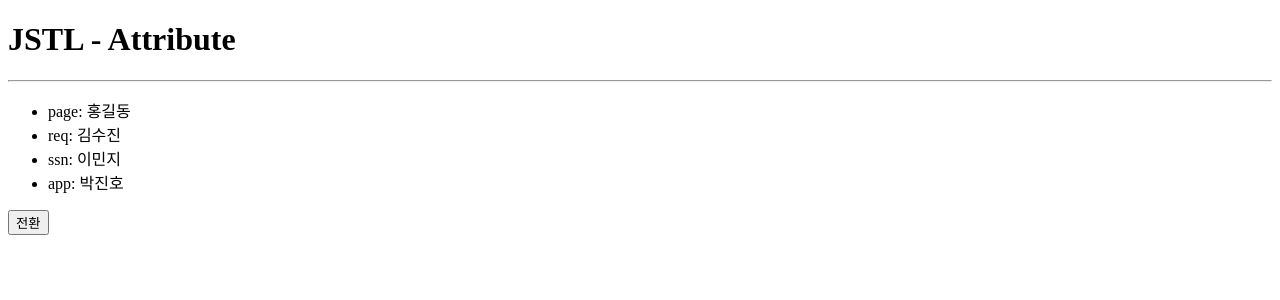
Repository: ChimmyWorld/JSP
Page: http://localhost/Day53/ex07.jsp
The author's editor kept a copy of each file at every save. The page is drawn from the files as they stood at one save, then again after the next save.
The browser window is 1280 px wide. The pictures show the whole page.
The page is served by Tomcat 9. Other server files are loaded and not shown.

Above is the page before, as saved 2023-09-22 05:21:56.

### Day53/WebContent/ex07.jsp
<%@ page language="java" contentType="text/html; charset=UTF-8"
    pageEncoding="UTF-8"%>
<%@ taglib prefix="c" uri="http://java.sun.com/jsp/jstl/core" %>
<!DOCTYPE html>
<html>
<head>
<meta charset="UTF-8">
<title>ex07.jsp</title>
</head>
<body>
	<h1>JSTL - Attribute</h1>
	<hr>

	<%-- var: Attribute 이름 --%>
	<%-- value: 저장할 데이터 --%>
	<%-- scope: 저장할 영역, page가 기본값 --%>
	<c:set var="p1" value="홍길동" scope="page"/>
	<c:set var="p2" value="김수진" scope="request"/>
	<c:set var="p3" value="이민지" scope="session"/>
	<c:set var="p4" value="박진호" scope="application"/>

	<ul>
		<li>page: ${p1 }</li>
		<li>req: ${p2 }</li>
		<li>ssn: ${p3 } </li>
		<li>app: ${p4 }</li>
	</ul>

	<a href="ex07_result.jsp"><button>전환</button></a>

	<c:if test="${not empty param.forward}">
		<jsp:forward page="ex07_result.jsp"/>
	</c:if>
</body>
</html>

After the next save:
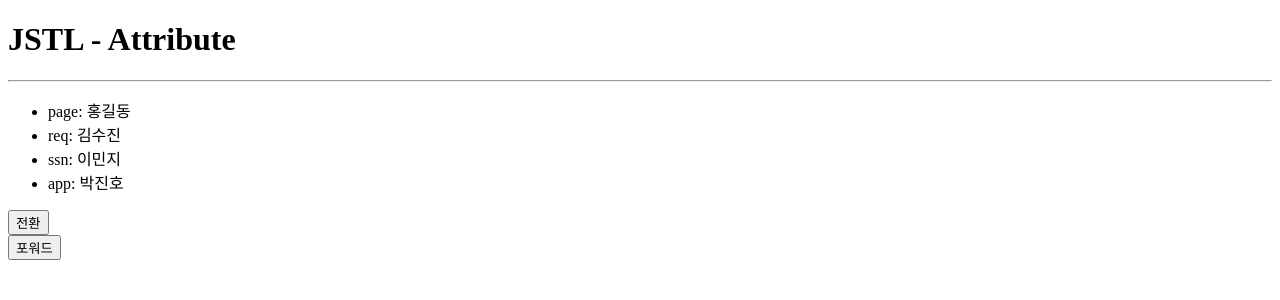
Saved 42 s later.
--- a/Day53/WebContent/ex07.jsp
+++ b/Day53/WebContent/ex07.jsp
@@ -28,6 +28,11 @@
 
 	<a href="ex07_result.jsp"><button>전환</button></a>
 
+	<form>
+		<input name="foward" type="hidden">
+		<button>포워드</button>
+	</form>
+
 	<c:if test="${not empty param.forward}">
 		<jsp:forward page="ex07_result.jsp"/>
 	</c:if>
